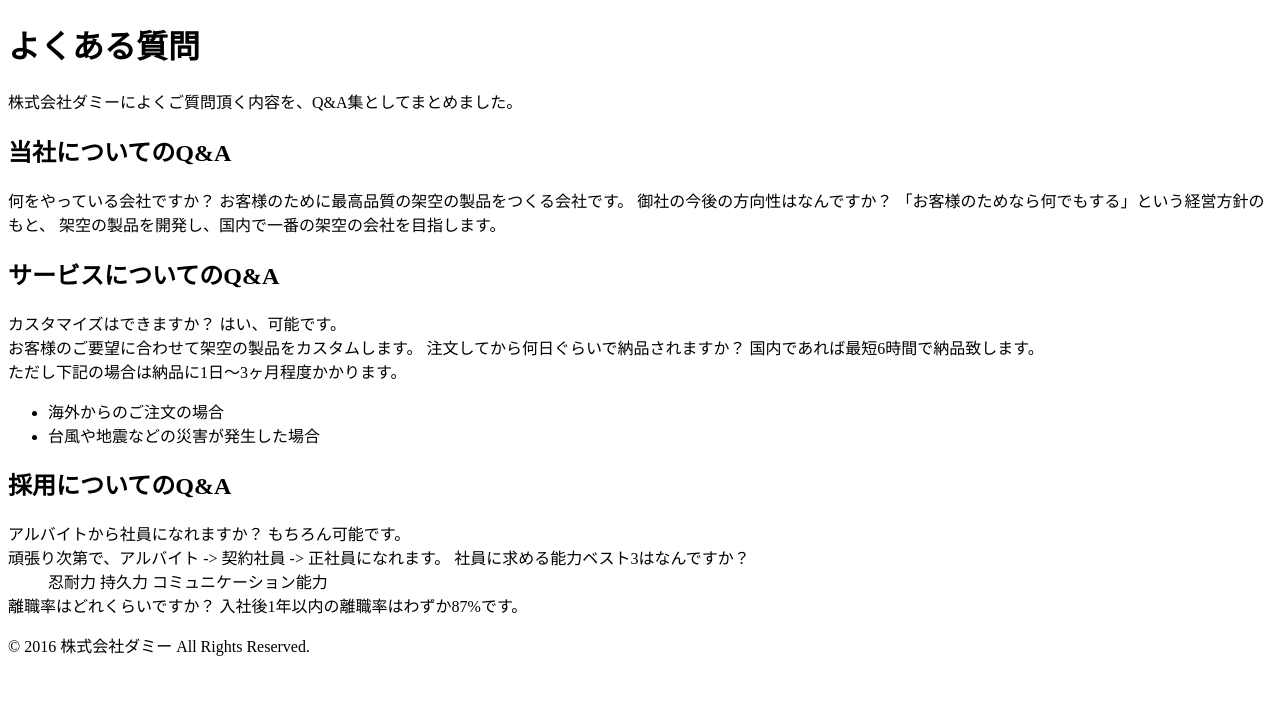
Repository: winc1980/practice-hp2022-wednesday
Page: ruka/practice1.html
These files come from the project's save history. The page is drawn as it stood at one moment and after the next save; the edit follows.
The browser window is 1280 px wide. The pictures show the whole page.

Above is the page before, as saved 2022-05-26 00:12:23.

### ruka/practice1.html
<!DOCTYPE html>
<html lang="ja">
<head>
    <meta charset="UTF-8">
    <meta http-equiv="X-UA-Compatible" content="IE=edge">
    <meta name="viewport" content="width=device-width, initial-scale=1.0">
    <title>よくある質問 | 架空の株式会社ダミー</title>
</head>
<body>
    <h1>よくある質問</h1>

<p>
株式会社ダミーによくご質問頂く内容を、Q&A集としてまとめました。
</p>

<h2>当社についてのQ&A</h2>


何をやっている会社ですか？

お客様のために最高品質の架空の製品をつくる会社です。


御社の今後の方向性はなんですか？

「<span>お客様のためなら何でもする</span>」という経営方針のもと、
架空の製品を開発し、<span>国内で一番の架空の会社を目指します</span>。



<h2>サービスについてのQ&A</h2>

カスタマイズはできますか？
はい、可能です。<br>
お客様のご要望に合わせて架空の製品をカスタムします。


注文してから何日ぐらいで納品されますか？
国内であれば最短6時間で納品致します。<br>
ただし下記の場合は納品に1日〜3ヶ月程度かかります。
<ul>
<li>
海外からのご注文の場合
</li>
<li>
台風や地震などの災害が発生した場合
</li>
</ul>
<h2>採用についてのQ&A</h2>

アルバイトから社員になれますか？

もちろん可能です。<br>
頑張り次第で、アルバイト -> 契約社員 -> 正社員になれます。
社員に求める能力ベスト3はなんですか？
<dd>

忍耐力
持久力
コミュニケーション能力
</dd>


離職率はどれくらいですか？
入社後1年以内の離職率は<span>わずか</span>87%です。
<p>
© 2016 株式会社ダミー All Rights Reserved.
</p>
</body>
</html>

After the next save:
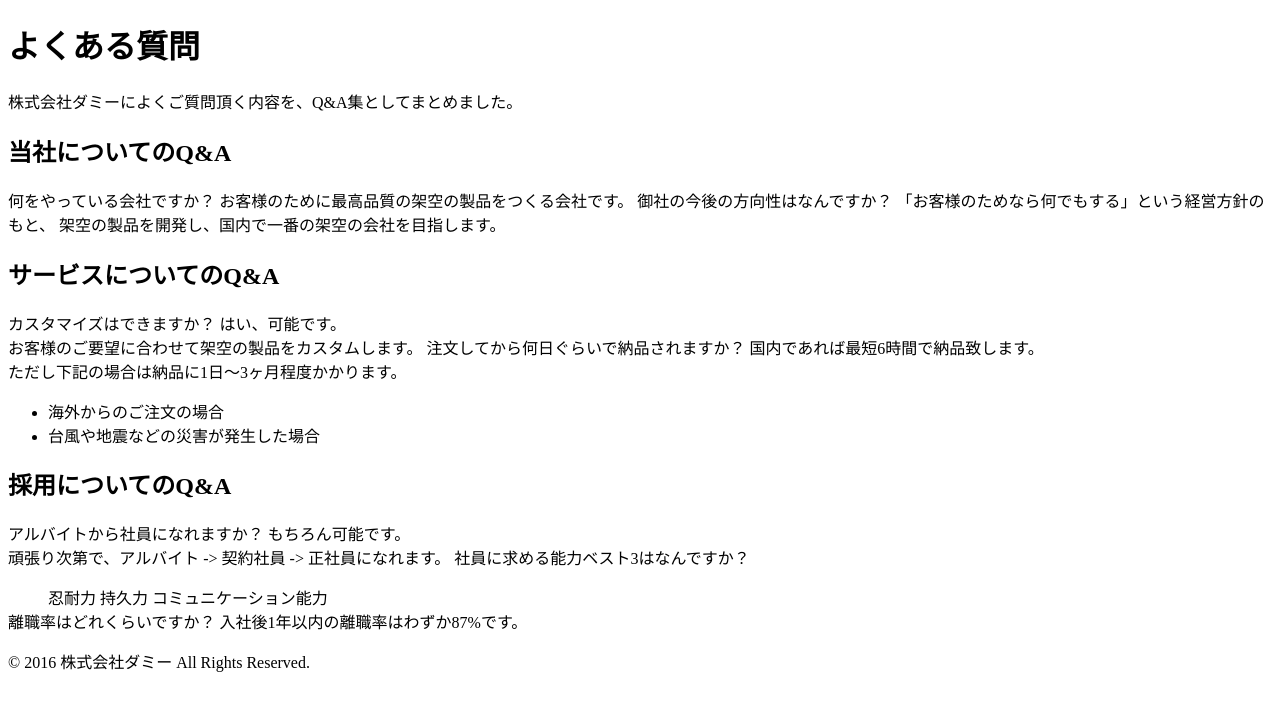
Saved 4 s later.
--- a/ruka/practice1.html
+++ b/ruka/practice1.html
@@ -54,7 +54,7 @@
 頑張り次第で、アルバイト -> 契約社員 -> 正社員になれます。
 社員に求める能力ベスト3はなんですか？
 <dd>
-
+    <dl></dl>
 忍耐力
 持久力
 コミュニケーション能力
